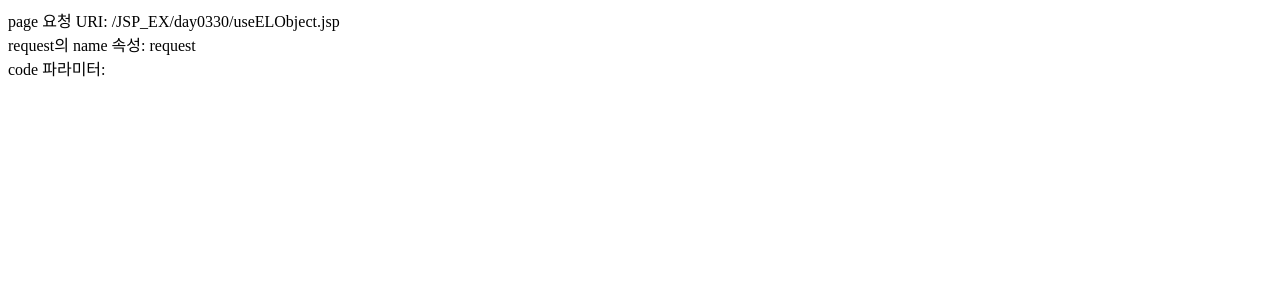
Repository: jjanggu1990/kh_java
Page: http://localhost/JSP_EX/day0330/useELObject.jsp
An editor plug-in stored every save of this project. The page is shown before and after the next save, followed by the edit.
The browser window is 1280 px wide. The pictures show the whole page.
The page is served by Tomcat 9. Other server files are loaded and not shown.

Above is the page before, as saved 2016-03-30 08:50:27.

### workspace/JSP_EX/WebContent/day0330/useELObject.jsp
<%@ page contentType = "text/html; charset=utf-8" %>
<%
	pageContext.setAttribute("name", "page");
	request.setAttribute("name", "request");
	session.setAttribute("name", "session Lee");
%>
<html>
<head><title>EL Object</title></head>
<body>
${name}
요청 URI: ${pageContext.request.requestURI} <br>
request의 name 속성: ${requestScope.name} <br>
code 파라미터: ${param.code}

</body>
</html>

After the next save:
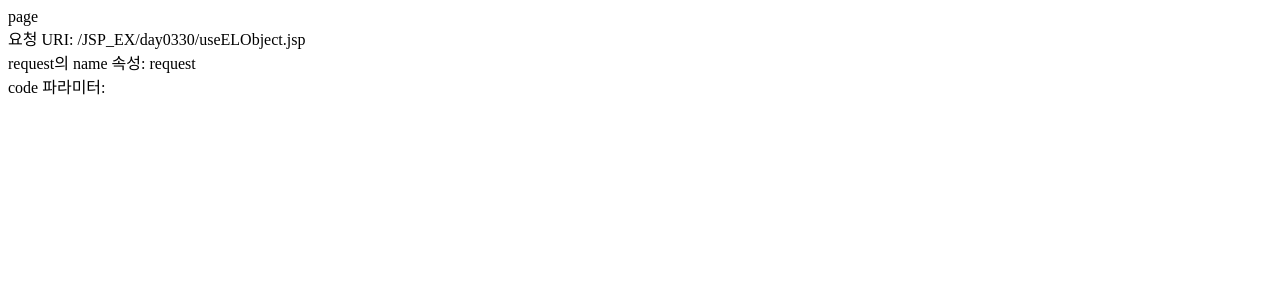
Saved 4 s later.
--- a/workspace/JSP_EX/WebContent/day0330/useELObject.jsp
+++ b/workspace/JSP_EX/WebContent/day0330/useELObject.jsp
@@ -7,7 +7,7 @@
 <html>
 <head><title>EL Object</title></head>
 <body>
-${name}
+${name} <br>
 요청 URI: ${pageContext.request.requestURI} <br>
 request의 name 속성: ${requestScope.name} <br>
 code 파라미터: ${param.code}
